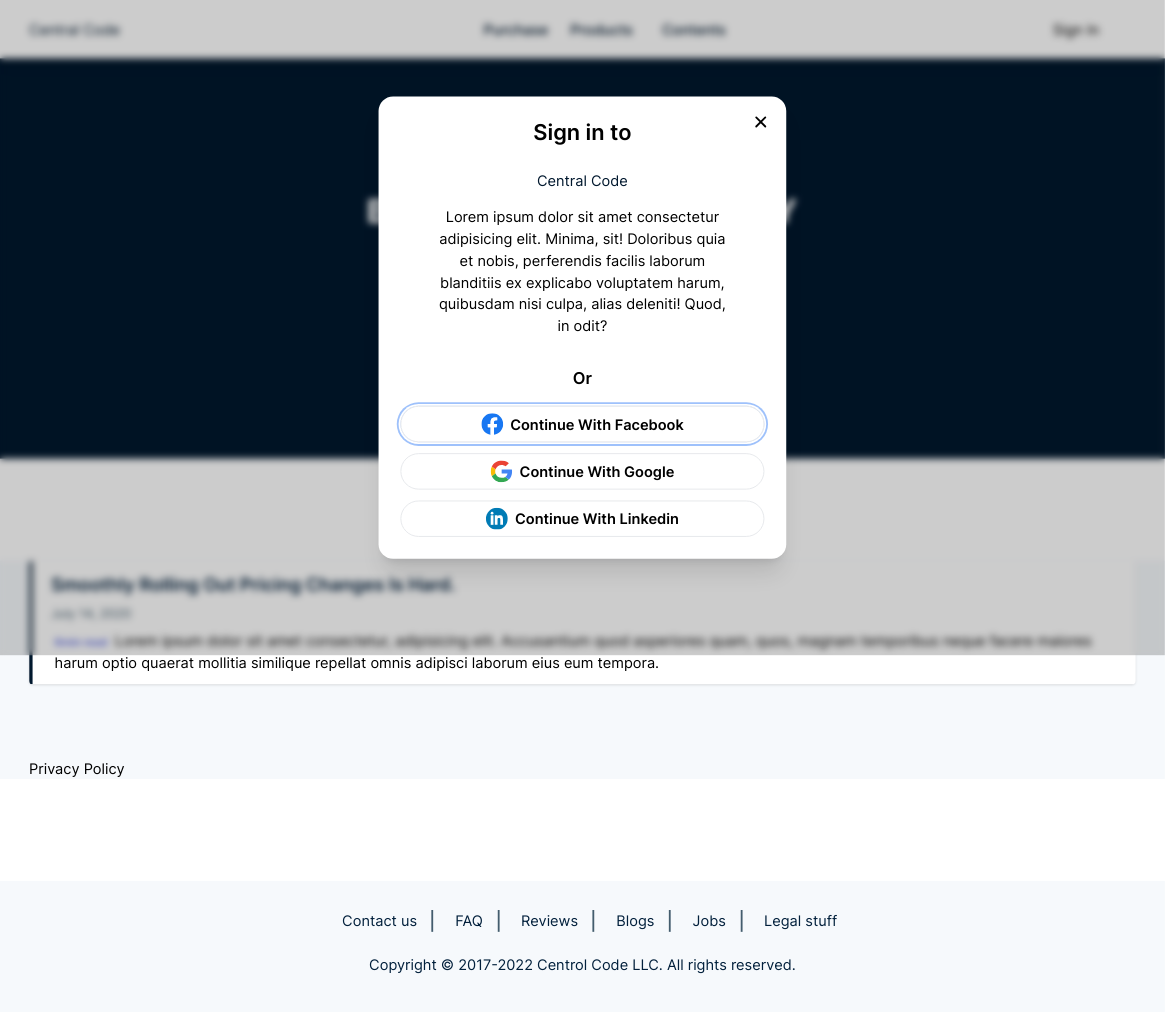
Repository: om1ars/Xjkey
Page: /privacy
An editor plug-in stored every save of this project. The page is shown before and after a run of saves, followed by the edit.
The browser window is 1280 px wide. The pictures show the whole page, at 91% of full size.
The project was rebuilt for these pictures with package versions that can differ from the ones it lists, and the page was loaded fresh each time. The framework's server and built-in components were replaced by stand-ins that run in the browser. Also part of the build but not shown: next.config.js.

Above is the page before, as saved 2022-03-20 23:20:26.

### src/pages/_app.tsx
import "@/css/fonts.css";
// Import Swiper styles
import "swiper/css";
import "swiper/css/free-mode";
import "swiper/css/scrollbar";
import "swiper/css/navigation";
//
import "@/css/main.scss";
import type { AppProps } from "next/app";
import { ThemeProvider } from "next-themes";
import { Header } from "@/components/Header";
import DefaultLayout from "@/layouts/DefaultLayout";
import Head from "next/head";

function MyApp({ Component, pageProps }: AppProps) {
  return (
    <>
      <Head>
        <link
          rel="stylesheet"
          href="https://cdn.jsdelivr.net/gh/devicons/devicon@latest/devicon.min.css"
        />
      </Head>
      <ThemeProvider attribute="class" defaultTheme="system">
        <DefaultLayout>
          <Component {...pageProps} />
        </DefaultLayout>
      </ThemeProvider>
    </>
  );
}

export default MyApp;

### src/pages/_document.tsx
import NextDocument, {
  Html,
  Head,
  Main,
  NextScript,
  DocumentContext,
} from 'next/document';

export default class Document extends NextDocument {
  static async getInitialProps(ctx: DocumentContext) {
    const initialProps = await NextDocument.getInitialProps(ctx);
    return { ...initialProps };
  }

  render() {
    return (
      <Html lang='en' className='dark'>
        <Head>
          <link href='/favicons/site.webmanifest' rel='manifest' />
          <link href='/favicons/favicon.ico' rel='shortcut icon' />
          <link
            href='/favicons/apple-touch-icon.png'
            rel='apple-touch-icon'
            sizes='180x180'
          />
          <link
            href='/favicons/favicon-32x32.png'
            rel='icon'
            sizes='32x32'
            type='image/png'
          />
          <link
            href='/favicons/favicon-16x16.png'
            rel='icon'
            sizes='16x16'
            type='image/png'
          />
          <link
            rel='mask-icon'
            href='/favicons/safari-pinned-tab.svg'
            color='#6366f1'
          />
          <meta content='#ffffff' name='theme-color' />
          <meta content='#ffffff' name='msapplication-TileColor' />
          <meta
            content='/favicons/browserconfig.xml'
            name='msapplication-config'
          />
        </Head>
        <body className='dark:highlight-white/5 bg-neutral-100 text-slate-900 antialiased dark:bg-gray-800 dark:text-white'>
          <Main />
          <NextScript />
        </body>
      </Html>
    );
  }
}

### src/pages/privacy.tsx
import Hero from "@/components/HomeComponents/Hero";
import React from "react";

export default function Privacy() {
  return (
    <div>
      <Hero title="Boring Privacy Policy" subtitle="Because we gotta have it" />

      <main
        className="mx-auto max-w-screen-xl bg-whiteBg px-6 sm:px-8 "
        id="video-explanation"
      >
        <div className="mt-28 mb-28 space-y-20">
          <div className="rounded border-l-4 border-mainBg bg-white py-3 px-5 shadow transition-all hover:-translate-y-1 hover:shadow-lg">
            <div className="flex flex-row items-center justify-between">
              <div>
                <h6 className="text-xl font-semibold  text-textBold">
                  Smoothly Rolling Out Pricing Changes Is Hard.
                </h6>
                <h4 className="mt-2 mb-2  text-left text-sm text-textColor">
                  July 14, 2020
                </h4>
              </div>
              <div></div>
            </div>
            <div className="flex flex-row items-center justify-start text-left">
              <span className="mr-1"></span>
              <p>
                <span className="mr-2 text-xs  font-semibold  text-buttonBg">
                  6min read
                </span>
                <span>
                  Lorem ipsum dolor sit amet consectetur, adipisicing elit.
                  Accusantium quod asperiores quam, quos, magnam temporibus
                  neque facere maiores harum optio quaerat mollitia similique
                  repellat omnis adipisci laborum eius eum tempora.{" "}
                </span>
              </p>
            </div>
          </div>
          <h1 className="t">Privacy Policy</h1>
        </div>
      </main>
    </div>
  );
}

### src/css/fonts.css
@font-face {
  font-family: "Inter var";
  font-weight: 100 900;
  font-display: swap;
  font-style: normal;
  font-named-instance: "Regular";
  src: url("../fonts/Inter-roman-latin.var.woff2") format("woff2");
}

@font-face {
  font-family: "Inter var";
  font-weight: 100 900;
  font-display: swap;
  font-style: italic;
  font-named-instance: "Italic";
  src: url("../fonts/Inter-italic-latin.var.woff2") format("woff2");
}

### src/css/main.scss
@tailwind base;
@tailwind components;
@tailwind utilities;
@import "./flip-card.scss";
@import "node_modules/react-modal-video/scss/modal-video.scss";

@layer base {
  .dark {
    color-scheme: dark;
  }
}

/* styling Swiper default navigations elements */
.swiper-button-next {
  background-color: theme("colors.white");
  height: 40px;
  width: 40px;
  border-radius: 100px;
  box-shadow: theme("boxShadow.lg");
  transition: all;
  transition-duration: 150ms;
}

html.dark .swiper-button-next {
  background-color: theme("colors.mainBg");
}

.swiper-button-next:hover {
  background-color: theme("colors.mainBg");
}

html.dark .swiper-button-next:hover {
  background-color: theme("colors.mainBg");
}

.swiper-button-next::after {
  color: black;
  font-size: 1rem;
  font-weight: bold;
}
html.dark .swiper-button-next::after {
  color: theme("colors.white");
}

.swiper-button-prev {
  background-color: theme("colors.white");
  height: 40px;
  width: 40px;
  border-radius: 100px;
  box-shadow: theme("boxShadow.lg");
  transition: all;
  transition-duration: 150ms;
}

html.dark .swiper-button-prev {
  background-color: theme("colors.mainBg");
}

.swiper-button-prev:hover {
  background-color: theme("colors.mainBg");
}

html.dark .swiper-button-prev:hover {
  background-color: theme("colors.mainBg");
}

.swiper-button-prev::after {
  color: black;
  font-size: 1rem;
  font-weight: bold;
}
html.dark .swiper-button-prev::after {
  color: theme("colors.white");
}

html.dark .swiper-scrollbar {
  background: rgb(255, 255, 255, 0.2);
}
html.dark .swiper-scrollbar-drag {
  background: rgb(255, 255, 255, 0.6);
}
/* end of styling Swiper default navigations elements */

.front_main_drop:hover .front_sub_drop {
  display: block;
}
.back_main_drop:hover .back_sub_drop {
  display: block;
}

::-webkit-scrollbar {
  width: 4px;
}

/* Handle */
::-webkit-scrollbar-thumb {
  background: #626ee3;
  border-radius: 6px;
}

/* Handle on hover */
::-webkit-scrollbar-thumb:hover {
  background: #535DC5;
}

### src/layouts/DefaultLayout.tsx
import Footer from "@/components/Footer";
import { Header } from "@/components/Header";
import React, { FC } from "react";

export default function DefaultLayout({ children }: any) {
  return (
    <div>
      <Header />
      <main>{children}</main>
      <Footer />
    </div>
  );
}

### src/components/HomeComponents/Hero.tsx
import React, { useEffect, useState } from "react";
import Image from "next/image";
import { Transition } from "@headlessui/react";
import { Button, IconButton } from "../Button";

const Hero = ({ title, subtitle }: any) => {
  const [showBanner, setShowBanner] = useState(true);
  return (
    <>
      <div className="relative h-[640px] w-full bg-mainBg text-white sm:h-[55vh] md:h-[440px]">
        {/* <Image
          src="/img/corporate.jpg"
          alt="corporate"
          layout="fill"
          objectFit="cover"
        /> */}
        <div className="absolute inset-0 bg-neutral-900/70">
          <div className="mx-auto max-w-screen-lg">
            <div className="m-6 min-h-[60px]">

            </div>
            <div className="mx-4  mt-16 flex flex-col items-center text-center">
              <h1 className="text-xl font-extrabold uppercase tracking-wide text-white sm:text-4xl md:text-3xl lg:text-4xl">
                {title}
              </h1>
              <span className="mt-6 text-xl text-white sm:text-2xl">
                {subtitle}
              </span>

              <div className="mt-8">
                {/* <SearchForm /> */}
              </div>
            </div>
          </div>
        </div>
      </div>
      {/* <HeroBottomCard /> */}
    </>
  );
};

export default Hero;

const HeroInnerBanner: React.FC<{ show: boolean; onClose: () => void }> = ({
  show,
  onClose,
}) => {
  return (
    <Transition
      show={show}
      enter="transition-opacity duration-75"
      enterFrom="opacity-0"
      enterTo="opacity-100"
      leave="transition-opacity duration-150"
      leaveFrom="opacity-100"
      leaveTo="opacity-0"
    >
      <div className="relative rounded bg-gradient-to-r from-purple-500 to-indigo-800 py-3 px-8 text-center text-white shadow-lg md:rounded-full">
        <p>
          Welcome to <span className="font-bold">HIREDLi</span>. An easier and
          faster job discovery platform.
        </p>
        <span className="absolute top-1 right-1 sm:top-2 sm:right-2">
          <IconButton
            aria-label="close banner"
            variant="ghost"
            size="sm"
            onClick={onClose}
          >
            <svg
              className="h-6 w-6"
              fill="none"
              viewBox="0 0 24 24"
              stroke="currentColor"
            >
              <path
                strokeLinecap="round"
                strokeLinejoin="round"
                strokeWidth={2}
                d="M6 18L18 6M6 6l12 12"
              />
            </svg>
          </IconButton>
        </span>
      </div>
    </Transition>
  );
};

const items = [
  "Algorithms adn DSA",
  "Advanced React.js",
  "Interview questions",
];

const SearchForm = () => {
  const [query, setQuery] = useState("");
  const [isDirty, setIsDirty] = useState(false);

  useEffect(() => {
    let index = 0;
    let interval = setInterval(() => {
      if (!isDirty) {
        let value = items[index >= items.length ? (index = 0) : index];
        setQuery(value);
      }
      index++;
    }, 2000);

    return () => {
      clearInterval(interval);
    };
  }, [isDirty]);

  return (
    <form
      className="group"
      onSubmit={(e) => {
        e.preventDefault();
      }}
    >
      <div
        id="form-control"
        className="flex items-center overflow-hidden rounded-full bg-white shadow-md group-focus-within:ring-2 group-focus-within:ring-indigo-400 group-focus-within:ring-offset-2 group-focus-within:ring-offset-transparent"
      >
        <span className="pointer-events-none block px-2 text-textBold group-focus-within:text-textBold">
          <svg
            className="h-6 w-6"
            fill="none"
            viewBox="0 0 24 24"
            stroke="currentColor"
          >
            <path
              strokeLinecap="round"
              strokeLinejoin="round"
              strokeWidth={2}
              d="M21 21l-6-6m2-5a7 7 0 11-14 0 7 7 0 0114 0z"
            />
          </svg>
        </span>
        <input
          className="w-full outline-none border-none appearance-none border-transparent p-2 text-xl leading-6 text-textBold placeholder-textBold focus:border-transparent focus:ring-0"
          type="text"
          aria-label="Search input"
          placeholder="Search for anything"
          onClick={() => {
            if (!isDirty) {
              setIsDirty(true);
              setQuery("");
            }
          }}
          value={query}
          onChange={(e) => setQuery(e.target.value)}
        />
        <button
          type="submit"
          className="hidden h-11 shrink-0  bg-buttonBg px-2 font-semibold text-white transition-colors duration-500 ease-in-out hover:bg-buttonHover sm:block"
        >
          Discover Now
        </button>
      </div>
      <Button size="lg" type="submit" className="mt-8 sm:hidden">
        Discover Now
      </Button>
    </form>
  );
};

### src/css/flip-card.scss
.algo_flip_card_container {
  width: 100%;
  padding: 40px;
  height: 100%;
  background: #02203c;
  //   display: flex;
  justify-content: center;
  align-items: center;
}
.services-box {
  display: flex;
  justify-content: center;
  align-items: center;
  flex-wrap: wrap;
}

.service {
  margin: 8px;
}

.flip-box {
  background-color: transparent;
  width: 300px;
  height: 200px;
  //   border: 1px solid #15314b;
  border-radius: 10px;
  perspective: 1000px;
}

.flip-box-inner {
  position: relative;
  width: 100%;
  height: 100%;
  text-align: center;
  transition: transform 0.4s;
  transform-style: preserve-3d;

  display: flex;
  justify-content: center;
  align-items: center;
}

.flip-box:hover .flip-box-inner {
  transform: rotateY(180deg);
}

.flip-box-front,
.flip-box-back {
  position: absolute;
  width: 100%;
  height: 100%;
  -webkit-backface-visibility: hidden;
  backface-visibility: hidden;

  display: flex;
  justify-content: center;
  align-items: center;
  flex-direction: column;
}

.flip-box-front {
  background-color: #15314b;
  color: white;
  border-radius: 4px;
}

.flip-box-front img {
  height: 50px;
  width: 50px;
}

.flip-box-back {
  background-color: #15314b;
  color: white;
  transform: rotateY(180deg);
  border-radius: 4px;
  padding: 16px;
}

### src/components/Footer.tsx
import Link from "next/link";
import React from "react";

export default function Footer() {
  return (
    <div>
      <div className="mt-10 flex flex-col items-center justify-center bg-whiteBg pl-48 pr-48 pt-8 pb-10 text-textBold">
        <div className="sm:flex sm:flex-wrap md:flex md:flex-wrap lg:flex ">
          <div className="ml-4 flex ">
            <span className="mr-2 ml-2">
              <Link href="/help">Contact us</Link>
            </span>
            <div className=" ml-2 w-0.5 bg-textColor"></div>
          </div>
          <div className="ml-4 flex ">
            <span className="mr-2 ml-2">
              <Link href="/help">FAQ</Link>
            </span>
            <div className=" ml-2 w-0.5 bg-textColor"></div>
          </div>
          <div className="ml-4 flex ">
            <span className="mr-2 ml-2">Reviews</span>
            <div className=" ml-2 w-0.5 bg-textColor"></div>
          </div>
          <div className="ml-4 flex ">
            <span className="mr-2 ml-2">
              <Link href="/blog">Blogs</Link>
            </span>
            <div className=" ml-2 w-0.5 bg-textColor"></div>
          </div>
          <div className="ml-4 flex ">
            <span className="mr-2 ml-2">Jobs</span>
            <div className=" ml-2 w-0.5 bg-textColor"></div>
          </div>
          <div className="ml-4 flex ">
            <span className="mr-2 ml-2 ">
              <Link href="/privacy">Legal stuff</Link>
            </span>
          </div>
        </div>
        <div className="mt-6">
          <span>
            Copyright © 2017-2022 Centrol Code LLC. All rights reserved.
          </span>
        </div>
      </div>
    </div>
  );
}

### src/components/Button/index.tsx
import React, { forwardRef } from "react";
import { __DEV__ } from "@/utils/assertions";

type BaseButtonProps = Omit<React.HTMLProps<HTMLButtonElement>, "size">;

/* === Button Element === */

export interface ButtonProps extends BaseButtonProps {
  children: React.ReactNode;
  fullWidth?: boolean;
  className?: string;
  variant?: "solid" | "outline" | "ghost";
  size?: "sm" | "md" | "lg";
  as?: string;
  isExternal?: boolean;
  type?: "button" | "submit" | "reset";
}

export const Button = forwardRef<HTMLButtonElement, ButtonProps>(
  (
    {
      children,
      variant = "solid",
      size = "md",
      fullWidth = false,
      className,
      as = "button",
      isExternal = false,
      ...rest
    },
    ref
  ) => {
    let tempClassNames: string[] = [];

    const sharedClasses = [
      "capitalize",
      "focus:outline-none",
      "focus:ring-2",
      "focus:ring-sky-400",
      "focus:ring-offset-2",
      "focus:ring-offset-sky-50",
      "font-semibold",
      "rounded-full",
      "inline-flex",
      "flex-shrink-0",
      "items-center",
      "justify-center",
      "transition-colors",
      "ease-in-out",
      "duration-500",
    ];

    if (fullWidth) sharedClasses.push("w-full");

    // handle variants
    let btnSolid = ["bg-sky-600", "hover:bg-sky-700", "text-white"];
    let btnOutline = [
      "dark:text-white",
      "hover:text-sky-700",
      "hover:dark:text-sky-700",
      "bg-transparent",
      "hover:bg-sky-50",
      "border",
      "border-sky-600",
    ];
    let btnGhost = [
      "bg-transparent",
      "dark:text-white",
      "hover:bg-sky-50",
      "hover:text-sky-700",
      "hover:dark:text-sky-700",
    ];

    if (variant === "solid") {
      tempClassNames = [...sharedClasses, ...btnSolid];
    } else if (variant === "outline") {
      tempClassNames = [...sharedClasses, ...btnOutline];
    } else if (variant === "ghost") {
      tempClassNames = [...sharedClasses, ...btnGhost];
    }

    // handle sizes
    let sizeSm = ["h-8", "px-2", "text-sm"];
    let sizeMd = ["h-10", "px-3"];
    let sizeLg = ["h-12", "px-4", "text-lg"];

    if (size === "sm") {
      tempClassNames = [...tempClassNames, ...sizeSm];
    } else if (size === "md") {
      tempClassNames = [...tempClassNames, ...sizeMd];
    } else if (size === "lg") {
      tempClassNames = [...tempClassNames, ...sizeLg];
    }

    let classes = tempClassNames.join(" ");

    let Element = as ? (
      React.createElement(
        as,
        {
          className: `${classes} ${className}`,
          target: isExternal ? "_blank" : undefined,
          rel: isExternal ? "noopener noreferrer" : undefined,
          ref,
          ...rest,
        },
        children
      )
    ) : (
      <button {...rest} className={`${classes} ${className}`} ref={ref}>
        {children}
      </button>
    );

    return Element;
  }
);

if (__DEV__) {
  Button.displayName = "Button";
}

/* === IconButton Element === */

export interface IconButtonProps extends ButtonProps {
  icon?: React.ReactElement;
  "aria-label": string;
}

export const IconButton = forwardRef<HTMLButtonElement, IconButtonProps>(
  (
    {
      children,
      icon,
      className,
      "aria-label": ariaLabel,
      size = "md",
      ...rest
    },
    ref
  ) => {
    let sharedClasses = ["rounded-full", "!px-0"];

    // handle sizes
    let sizeSm = ["w-8"];
    let sizeMd = ["w-10"];
    let sizeLg = ["w-12"];

    if (size === "sm") {
      sharedClasses = [...sharedClasses, ...sizeSm];
    } else if (size === "md") {
      sharedClasses = [...sharedClasses, ...sizeMd];
    } else if (size === "lg") {
      sharedClasses = [...sharedClasses, ...sizeLg];
    }

    /**
     * Passing the icon as prop or children should work
     */
    const element = icon || children;
    const _children = React.isValidElement(element)
      ? React.cloneElement(element as any, {
          "aria-hidden": true,
          focusable: false,
        })
      : null;

    let classes = sharedClasses.join(" ");
    return (
      <Button
      className={`${classes} ${className}`}
        aria-label={ariaLabel}
        size={size}
        {...rest}
        ref={ref}
      >
        {_children}
      </Button>
    );
  }
);

if (__DEV__) {
  IconButton.displayName = "IconButton";
}

### src/components/Logo.tsx
import clsx from "clsx";
import React from "react";

export default function Logo() {
  return (
    <span
      className='text-mainBg'
    >
      Central Code
    </span>
  );
}

### src/utils/assertions.ts
export const __DEV__ = process.env.NODE_ENV !== "production";

Loaded but not shown: tailwind.config.js (40 lines, source omitted); src/components/Header.tsx (386 lines, source omitted); src/components/HomeComponents/AuthenticationDialog.tsx (206 lines, source omitted); src/components/ThemeToggle.tsx (220 lines, source omitted)

After the next 3 saves:
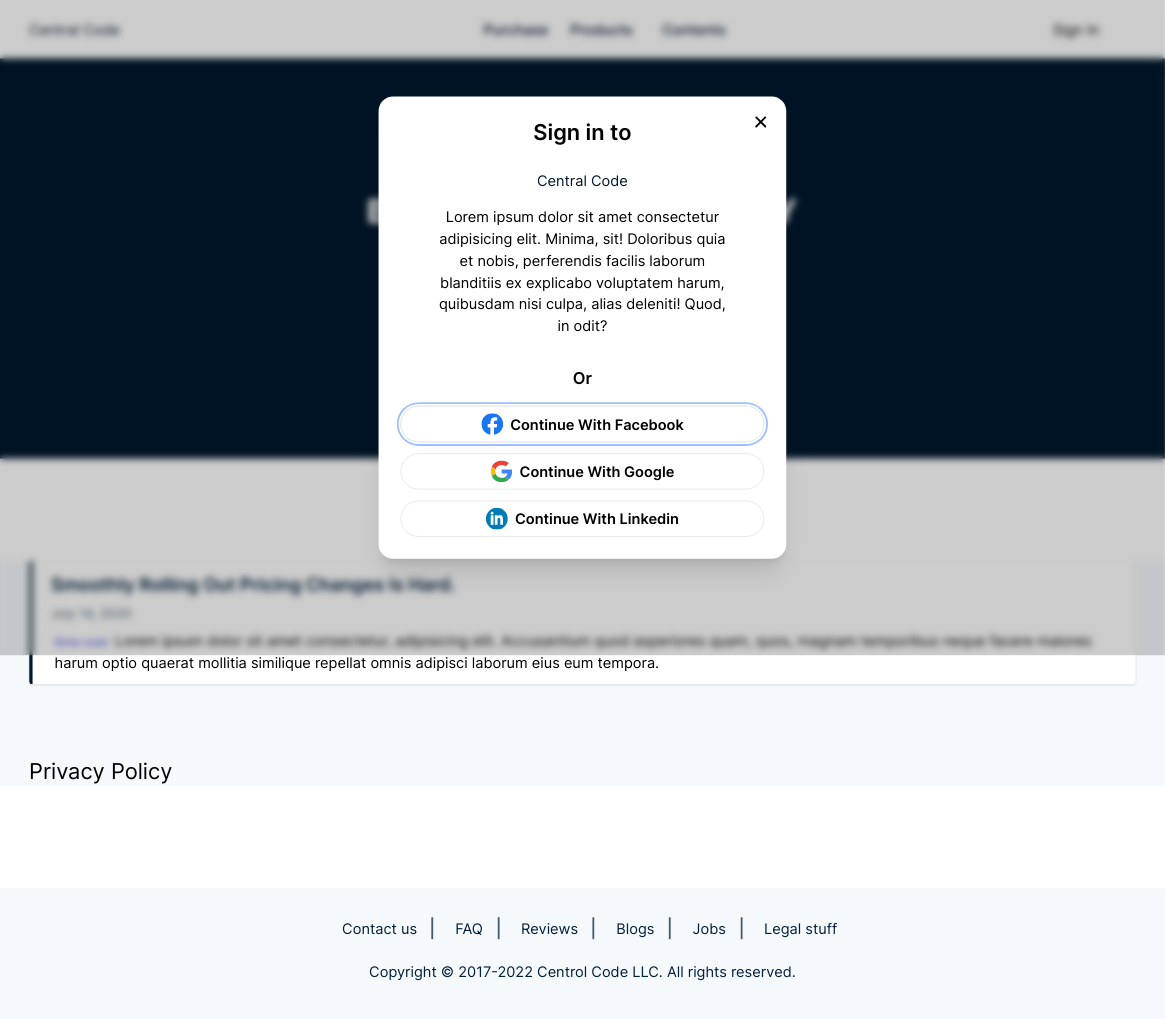
The 3 saves are shown as one change because they came seconds apart.
The last was saved 9 s later.
--- a/src/pages/privacy.tsx
+++ b/src/pages/privacy.tsx
@@ -38,7 +38,7 @@ export default function Privacy() {
               </p>
             </div>
           </div>
-          <h1 className="t">Privacy Policy</h1>
+          <h1 className="text-2xl">Privacy Policy</h1>
         </div>
       </main>
     </div>
